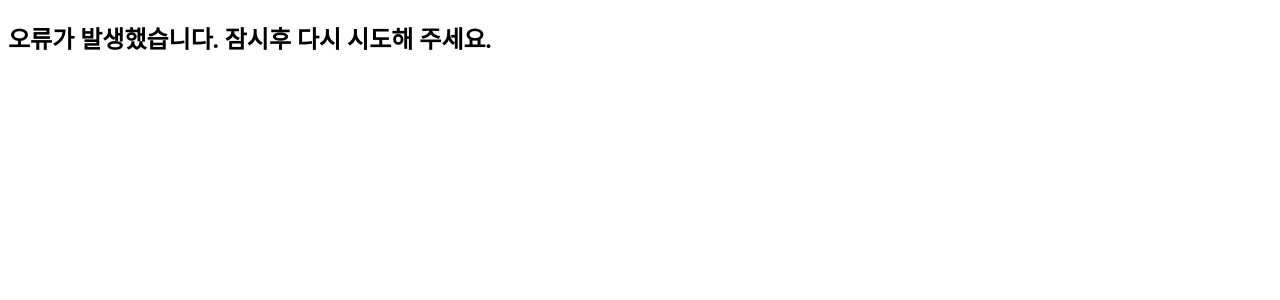
Repository: SongSooJin/JSP
Page: http://localhost/5-jsp-basic/example3/deal-error.jsp
These files come from the project's save history. The page is drawn as it stood at one moment and after the next save; the edit follows.
The browser window is 1280 px wide. The pictures show the whole page.
The page is served by Tomcat 9. Other server files are loaded and not shown.

Above is the page before, as saved 2018-10-08 09:30:08.

### 5-jsp-basic/WebContent/example3/deal-error.jsp
<%@ page language="java" contentType="text/html; charset=UTF-8"
	pageEncoding="UTF-8" isErrorPage="true"%>
<!DOCTYPE html>
<html>
<head>
<meta charset="UTF-8">
<title>Insert title here</title>
</head>
<body>
	<%
		String message = "";
		if (exception instanceof ArithmeticException) {
			message = "산술연산 오류";
		}
		else {
			message = "오류가 발생했습니다. 잠시후 다시 시도해 주세요.";
		}
	%>
	<h2><%=message%></h2>
</body>
</html>

After the next save:
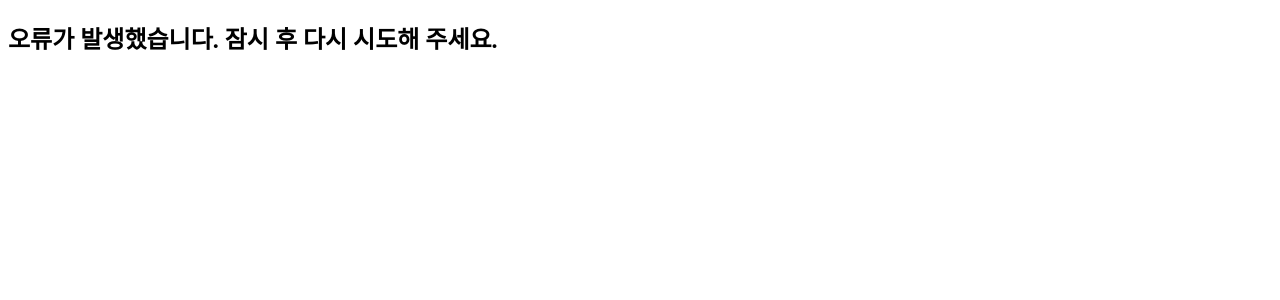
Saved 12 s later.
--- a/5-jsp-basic/WebContent/example3/deal-error.jsp
+++ b/5-jsp-basic/WebContent/example3/deal-error.jsp
@@ -1,5 +1,5 @@
 <%@ page language="java" contentType="text/html; charset=UTF-8"
-	pageEncoding="UTF-8" isErrorPage="true"%>
+    pageEncoding="UTF-8" isErrorPage="true"%>
 <!DOCTYPE html>
 <html>
 <head>
@@ -7,15 +7,14 @@
 <title>Insert title here</title>
 </head>
 <body>
-	<%
-		String message = "";
-		if (exception instanceof ArithmeticException) {
-			message = "산술연산 오류";
-		}
-		else {
-			message = "오류가 발생했습니다. 잠시후 다시 시도해 주세요.";
-		}
-	%>
+<%
+	String message = "";
+	if (exception instanceof ArithmeticException) {
+		message = "산술연산 오류";
+	} else {
+		message = "오류가 발생했습니다. 잠시 후 다시 시도해 주세요.";
+	}
+%>
 	<h2><%=message%></h2>
 </body>
 </html>
